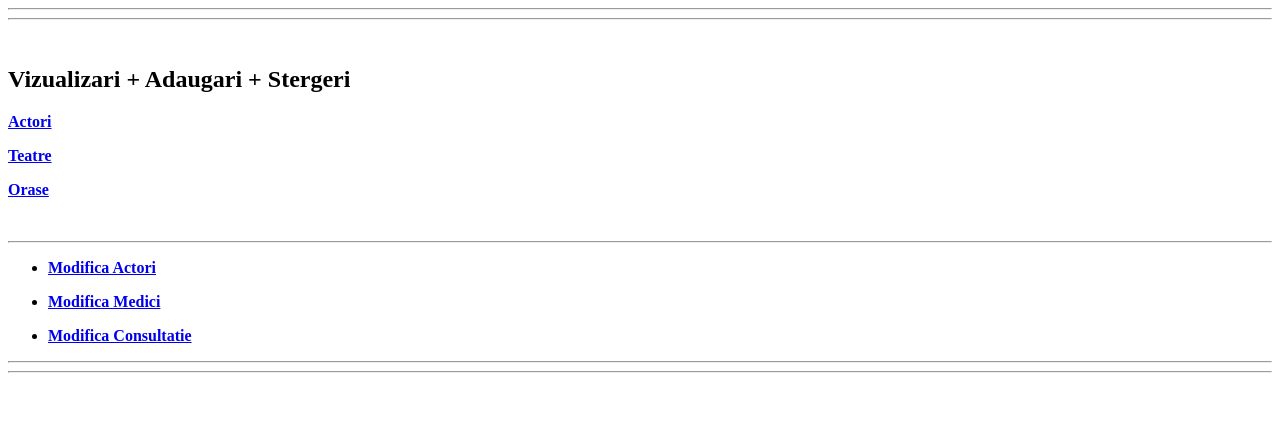
Repository: SusStefan/ActorDB
Page: Actori/src/main/webapp/index.html
These files come from the project's save history. The page is drawn as it stood at one moment and after the next save; the edit follows.
The browser window is 1280 px wide. The pictures show the whole page.

Above is the page before, as saved 2025-12-11 20:30:14.

After the next save:
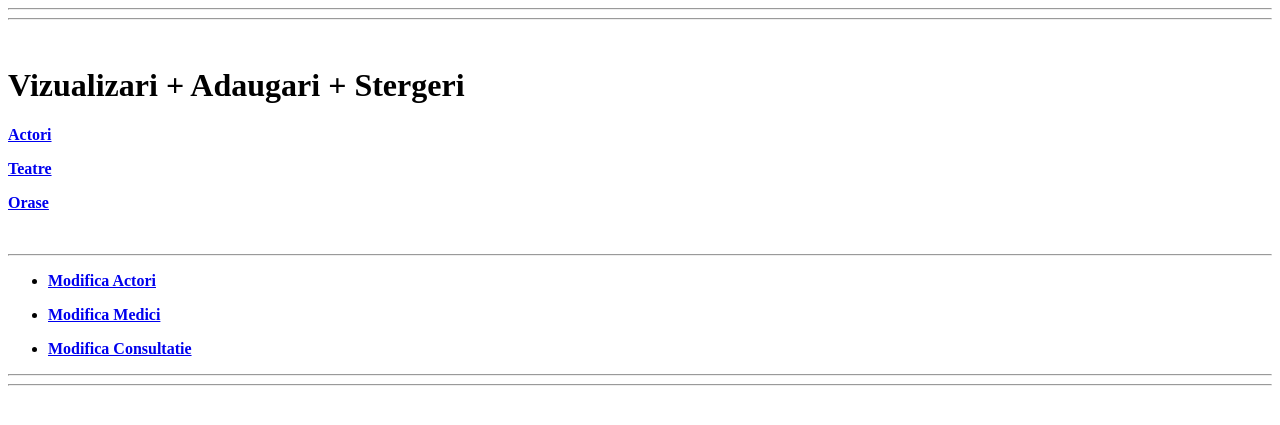
Saved 23 h 50 min later.
--- a/Actori/src/main/webapp/index.html
+++ b/Actori/src/main/webapp/index.html
@@ -14,7 +14,7 @@ and open the template in the editor.
  <hr>
  <hr>
  <br/>
- <h2>Vizualizari + Adaugari + Stergeri</h2>
+ <h1>Vizualizari + Adaugari + Stergeri</h1>
  <p> <a href="tabela_actori.jsp"><b><strong>Actori</strong></b></a></p>
  <p> <a href="tabela_teatre.jsp"><b><strong>Teatre</strong></b></a></p>
  <p> <a href="tabela_orase.jsp"><b><strong>Orase</strong></b></a></p>
